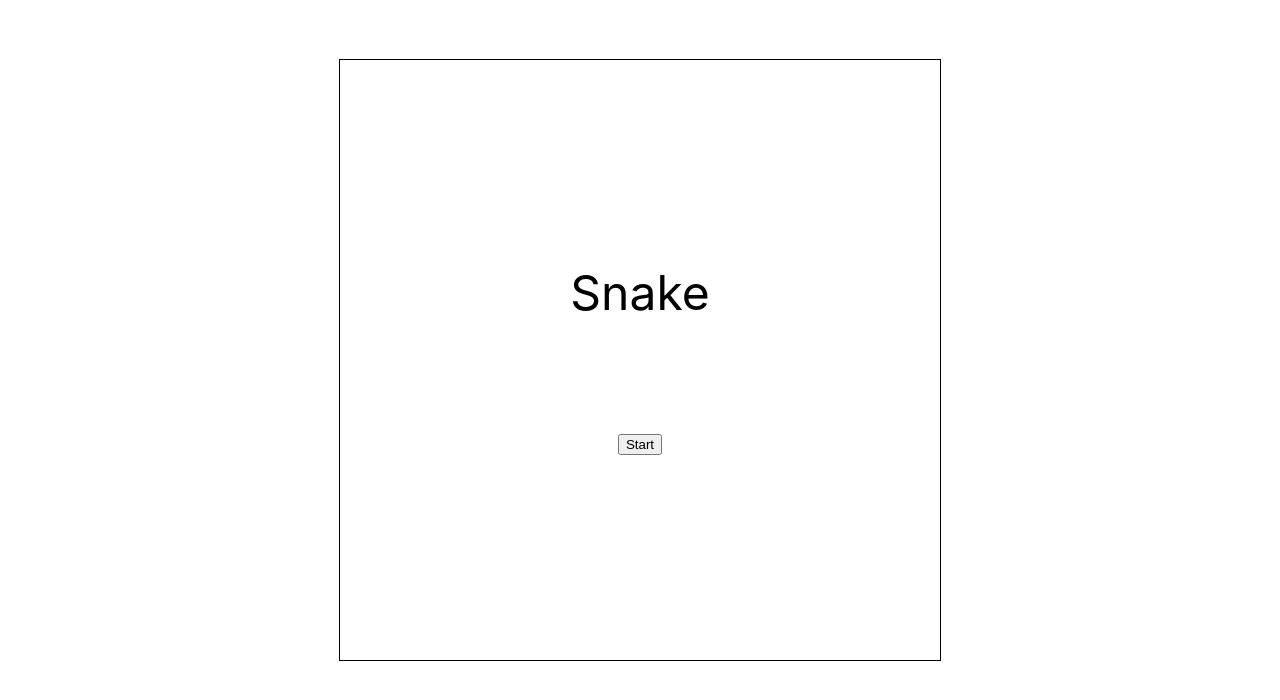
Repository: meills/react-snake
Page: /
An editor plug-in stored every save of this project. The page is shown before and after the next save, followed by the edit.
The browser window is 1280 px wide. The pictures show the whole page.
The project was rebuilt for these pictures with package versions that can differ from the ones it lists, and the page was loaded fresh each time. Also part of the build but not shown: src/components/Snakeboard.js, src/styles/App.css.

Above is the page before, as saved 2020-06-15 13:35:42.

### src/App.js
import React from 'react';
import Snakeboard from './components/Snakeboard.js';
import Welcome from './components/Welcome.js';
import GameOver from './components/Welcome.js';
import './styles/App.css';
import './styles/snakeboard.css';

const GRID_SIZE = 30;
const TICK_TIME = 100;

class App extends React.Component {
  state = {
    rows: GRID_SIZE,
    cols: GRID_SIZE,
    grid: [],
    food: {},
    snake: {
        head: {},
        tail: [],
    },
    currDir: 'left',
    tickTime: TICK_TIME,
    gameStart: false,
    gameOver: false,
  }


  render() {

    if (this.state.gameStart) {
      return (<div className="snake-container">
                <Snakeboard />
              </div>);
    }

    if (!this.state.gameStart) {
      return (<div className="snake-container">
                <Welcome />
              </div>);
    }

    if (this.state.gameOver) {

    }


  }

}

export default App;

### src/components/Welcome.js
import React from 'react';
import WelcomeMessage from './WelcomeMessage.js'
import StartButton from './StartButton.js'

function Welcome() {
    return(<div className='welcome'>
                <WelcomeMessage />
                <StartButton />
           </div>);
}

export default Welcome;

### src/styles/snakeboard.css
.snake-container {
    width: 100vw;
    height: 100vh;
    display: flex;
    align-items: center;
    justify-content: center;
}

.welcome {
    width: 600px;
    height: 600px;
    outline: 1px solid black;
    display: flex;
    align-items: stretch;
    align-items: center;
    justify-content: center;
    flex-direction: column;

}

.welcome-message {
    font-size: 3em;
    margin-bottom: 2em;
}

.start-btn {
    font-size: 2em;
}

.grid {
    outline: 1px solid black;
    width: 600px;
    height: 600px;
    margin: auto;
    display: flex;
    flex-direction: row;
    flex-wrap: wrap;
}

.grid-item {
    width: 20px;
    height: 20px;
}

.is-food {
    background-color: red;
}


.snake-head {
    background-color: black;
}

.snake-tail {
    background-color: black;
}

### src/components/WelcomeMessage.js
import React from 'react';

function WelcomeMessage() {
    return(<div className='welcome-message'> Snake
           </div>);
}

export default WelcomeMessage;

### src/components/StartButton.js
import React from 'react';

function StartButton() {
    return(<div className='start-btn'><button type='button'>Start</button></div>);
}

export default StartButton;

Loaded but not shown: public/index.html (common file); src/index.js (common file); src/styles/index.css (common file); src/serviceWorker.js (common file)

After the next save:
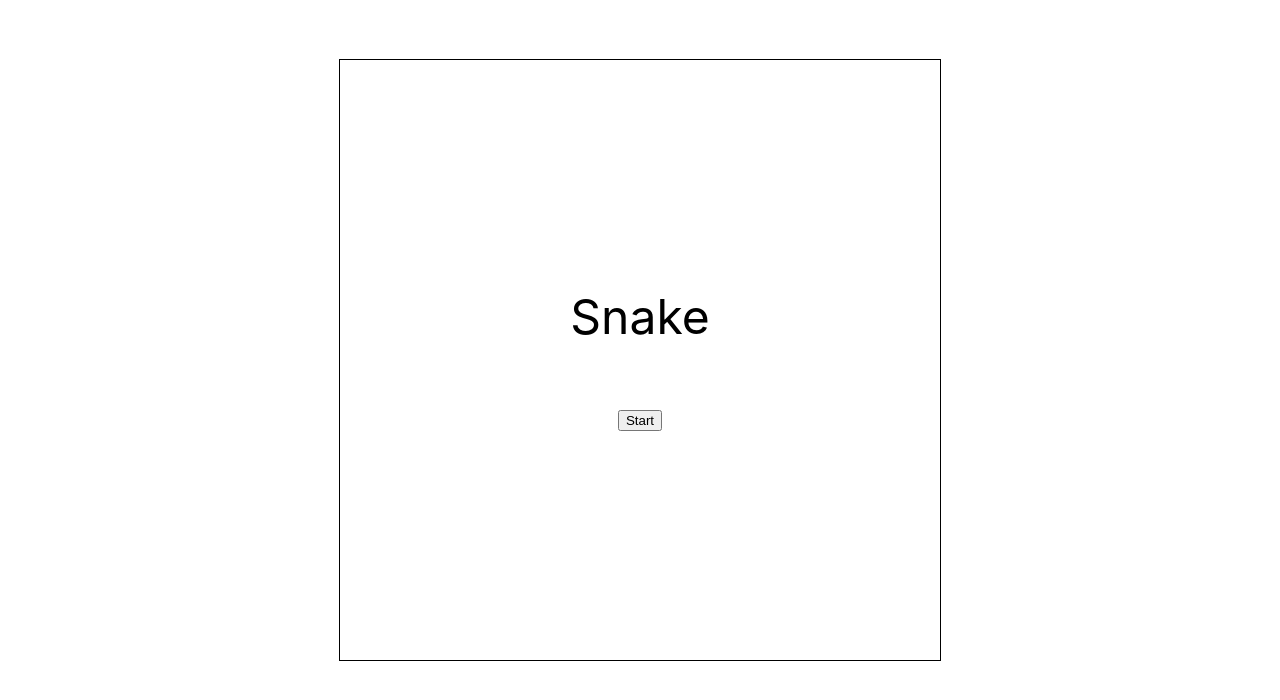
Saved 8 s later.
--- a/src/styles/snakeboard.css
+++ b/src/styles/snakeboard.css
@@ -20,7 +20,7 @@
 
 .welcome-message {
     font-size: 3em;
-    margin-bottom: 2em;
+    margin-bottom: 1em;
 }
 
 .start-btn {
